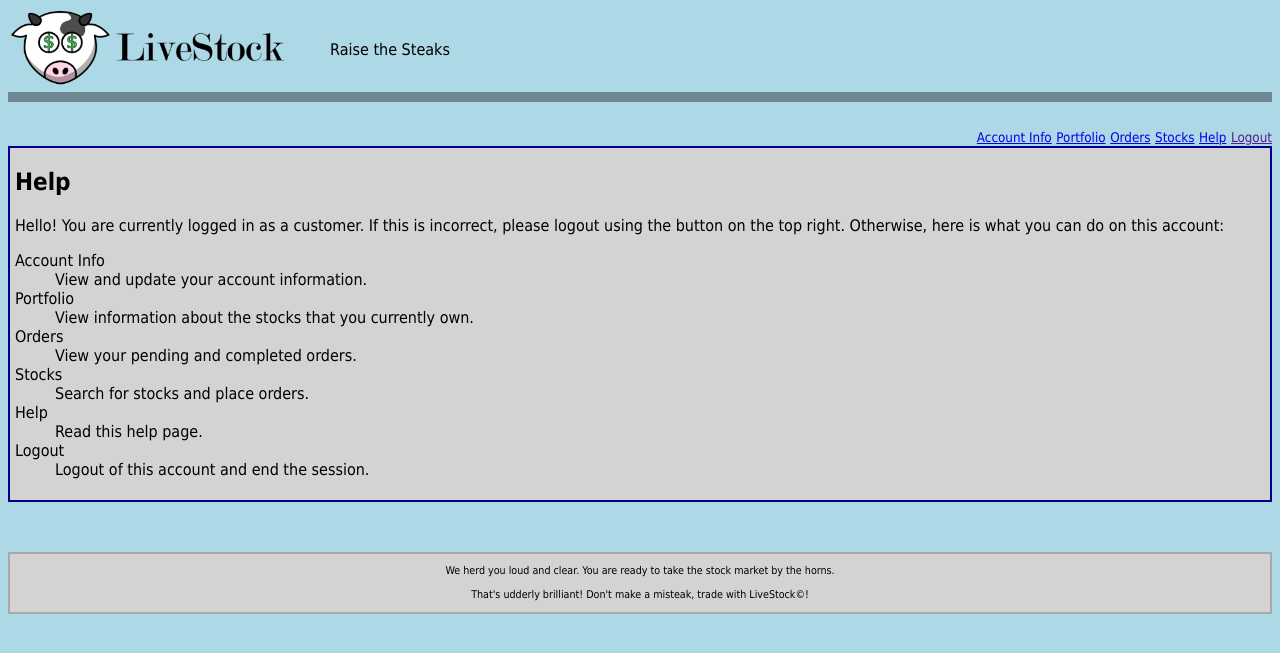
Repository: yastapova/live-stock
Page: http://localhost/LiveStockSite/WEB-INF/cust_help.jsp
The author's editor kept a copy of each file at every save. The page is drawn from the files as they stood at one save, then again after the next save.
The browser window is 1280 px wide. The pictures show the whole page.
The page is served by Tomcat 9. Nobody is signed in. Other server files are loaded and not shown. The template is opened directly, without the code that normally fills it, so the values that code supplies are empty.

Above is the page before, as saved 2016-04-19 21:07:11.

### LiveStockSite/WebContent/WEB-INF/cust_help.jsp
<!DOCTYPE html>
<html>
<head>
	<meta charset="ISO-8859-1">
	<title>LiveStock Trading | Help</title>
	<link rel="stylesheet" href="gen.css" />
</head>
<body>
	<jsp:include page="_header.jsp"></jsp:include>
	<jsp:include page="_cust_menu.jsp"></jsp:include>
	<div class="body" align="Left">
		<h2>Help</h2>
		<p>Hello! You are currently logged in as a customer. If this is incorrect,
		please logout using the button on the top right. Otherwise, here is what
		you can do on this account:</p>
		<dl>
			<dt>Account Info</dt>
			<dd>View and update your account information.</dd>
			<dt>Portfolio</dt>
			<dd>View information about the stocks that you currently own.</dd>
			<dt>Orders</dt>
			<dd>View your pending and completed orders.</dd>
			<dt>Stocks</dt>
			<dd>Search for stocks and place orders.</dd>
			<dt>Help</dt>
			<dd>Read this help page.</dd>
			<dt>Logout</dt>
			<dd>Logout of this account and end the session.</dd>
		</dl>
	</div>

	<jsp:include page="_footer.jsp"></jsp:include>
</body>
</html>

### LiveStockSite/WebContent/WEB-INF/_header.jsp
<%@ page language="java" contentType="text/html; charset=ISO-8859-1"
    pageEncoding="ISO-8859-1"%>
<div class="header">
	<table>
		<tr>
			<td width='315px'><a href="home"><img src="LivestockLogoName2.png" width='300px'></a></td>
			<td width='300px'><p>Raise the Steaks</p></td>
		</tr>
	</table>
	</div>

### LiveStockSite/WebContent/WEB-INF/_cust_menu.jsp
<%@ page language="java" contentType="text/html; charset=ISO-8859-1"
    pageEncoding="ISO-8859-1"%>
<div class="menu" align="right">
	<a href="cust_acc_info.jsp" class="active">Account Info</a>
	<a href="cust_portfolio.jsp">Portfolio</a>
	<a href="cust_orders.jsp">Orders</a>
	<a href="cust_stocks.jsp">Stocks</a>
	<a href="cust_help.jsp">Help</a>
	<a href="">Logout</a>
</div>

### LiveStockSite/WebContent/WEB-INF/_footer.jsp
<%@ page language="java" contentType="text/html; charset=ISO-8859-1"
    pageEncoding="ISO-8859-1"%>
<div class="footer">
	<p>We herd you loud and clear. You are ready to take the stock market by the horns.</p>
	<p>That's udderly brilliant! Don't make a misteak, trade with LiveStock&copy;!</p>
</div>

### LiveStockSite/WebContent/WEB-INF/gen.css
@CHARSET "ISO-8859-1";

body {
		background-color: lightblue;
		font-family: Tahoma;
}
.formlabel {
	font-size: 10pt;
}
.header {
	border-bottom-style: groove;
	border-bottom-width: 20px;
	border-bottom-color: lightblue;
	margin-bottom: 15px;
}
.body {
	padding-left: 5px;
	padding-right: 5px;
	padding-bottom: 5px;
	background-color: lightgrey;
	border-style: solid;
	border-width: 2px;
	border-color: darkblue;
}
.footer {
	text-align: center;
	margin-top: 50px;
	padding-left: 5px;
	padding-right: 5px;
	background-color: lightgrey;
	border-style: solid;
	border-width: 2px;
	border-color: darkgrey;
}
.footer p {
	font-size: 8pt;
}
a {
	font-size: 10pt;
}

After the next save:
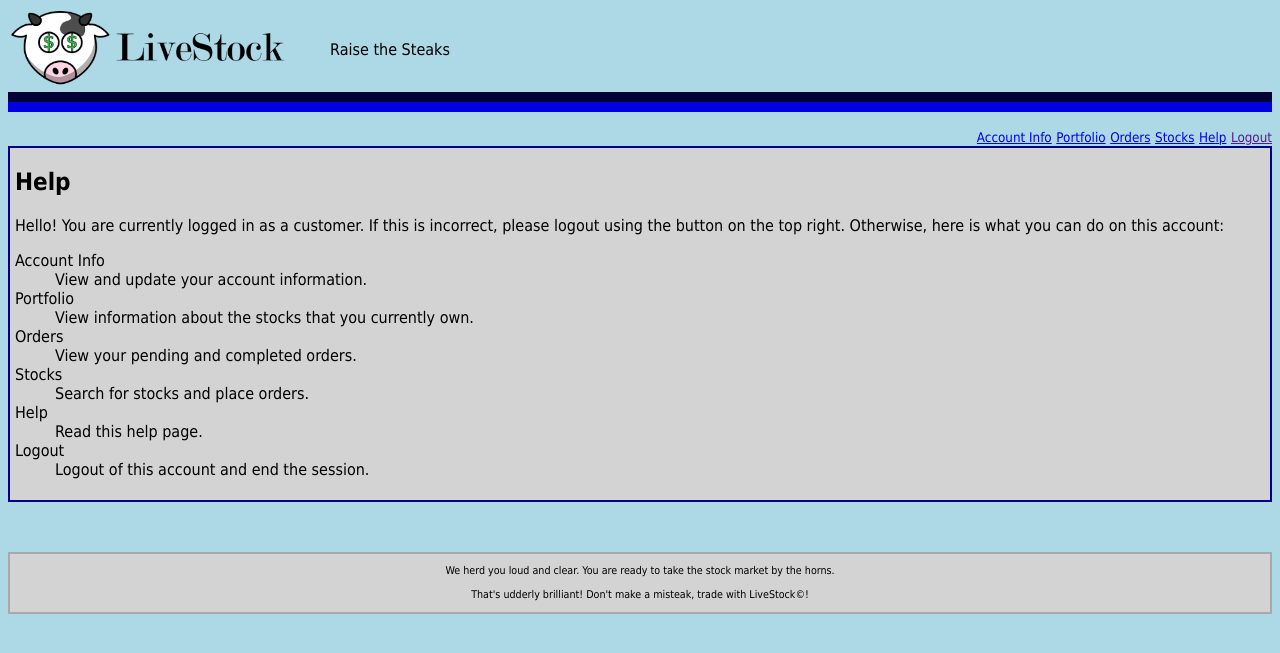
Saved 35 s later.
--- a/LiveStockSite/WebContent/WEB-INF/gen.css
+++ b/LiveStockSite/WebContent/WEB-INF/gen.css
@@ -10,7 +10,7 @@ body {
 .header {
 	border-bottom-style: groove;
 	border-bottom-width: 20px;
-	border-bottom-color: lightblue;
+	border-bottom-color: darkblue;
 	margin-bottom: 15px;
 }
 .body {
